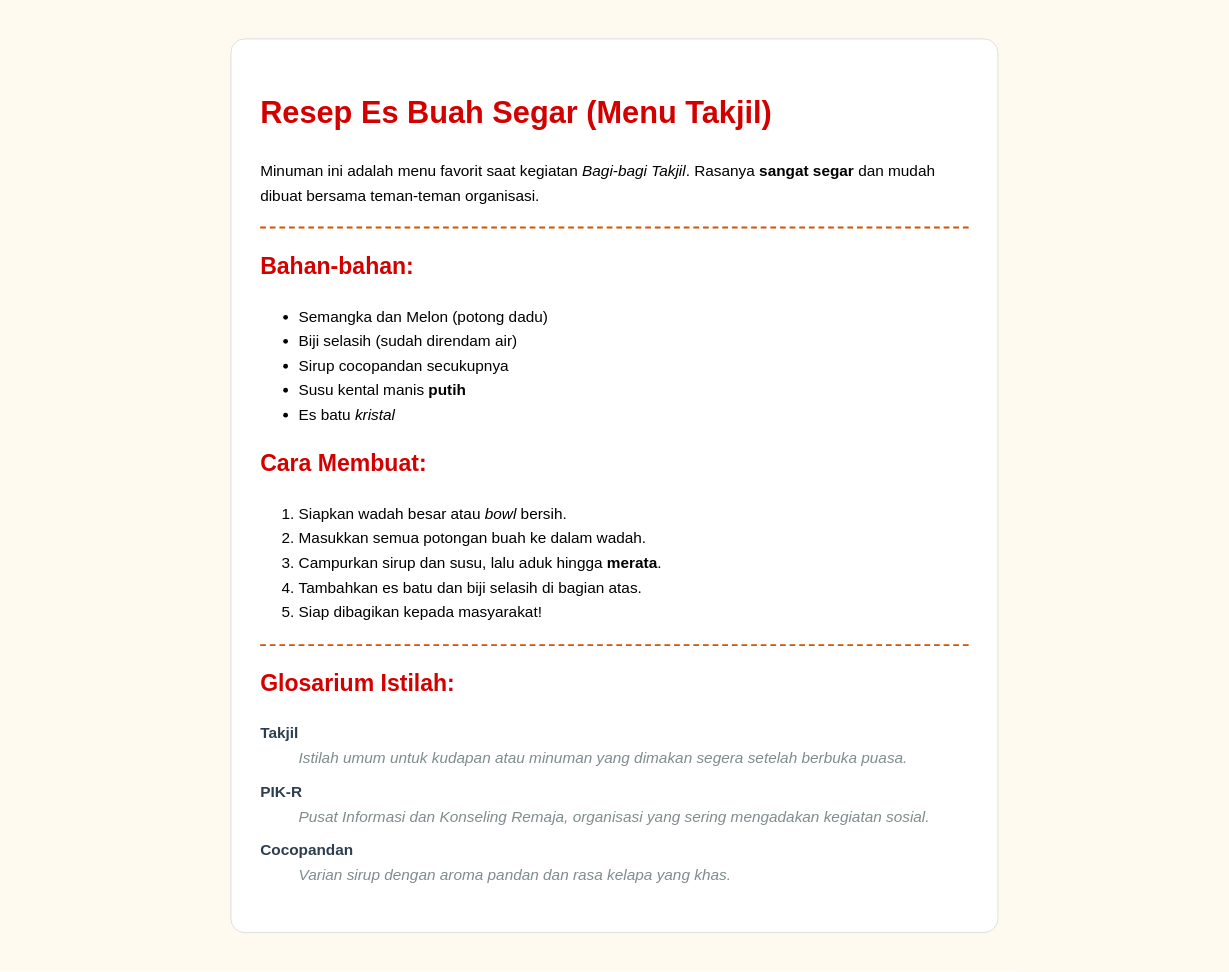
Repository: sekartazivi/241552010020-Web-Application-Development
Page: tugas pertemuan 2/latihan3.html
These files come from the project's save history. The page is drawn as it stood at one moment and after the next save; the edit follows.
The browser window is 1280 px wide. The pictures show the whole page, at 96% of full size.

Above is the page before, as saved 2026-02-23 14:30:45.

After the next save:
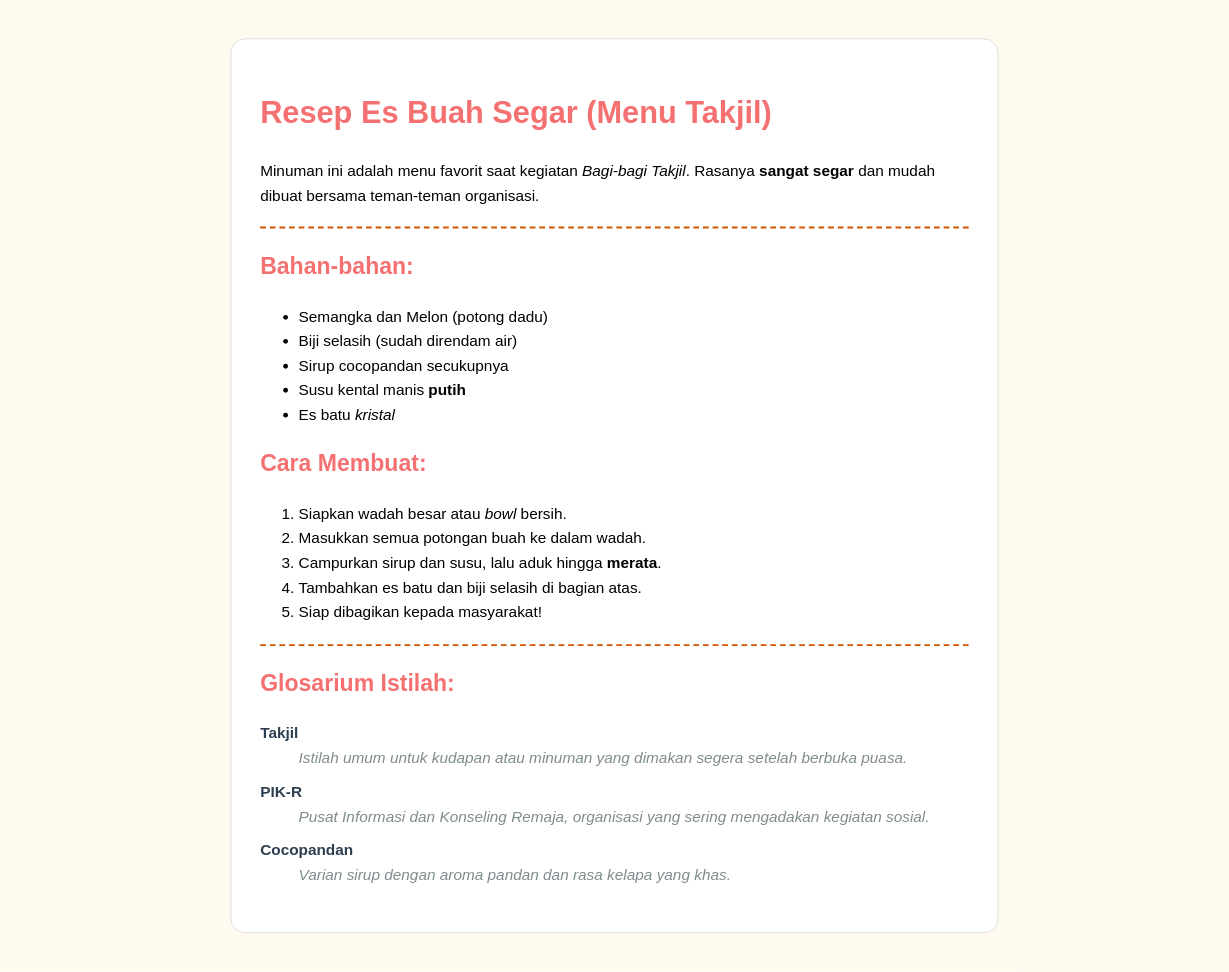
Saved 8 s later.
--- a/tugas pertemuan 2/latihan3.html
+++ b/tugas pertemuan 2/latihan3.html
@@ -6,7 +6,7 @@
     <style>
         body { font-family: sans-serif; line-height: 1.6; max-width: 800px; margin: 20px auto; padding: 20px; background-color: #fffaf0; }
         .recipe-card { background: white; padding: 30px; border-radius: 15px; border: 1px solid #ddd; }
-        h1, h2 { color: #d30000; }
+        h1, h2 { color: #f57070; }
         dt { font-weight: bold; color: #2c3e50; margin-top: 10px; }
         dd { font-style: italic; color: #7f8c8d; }
         hr { border: 0; border-top: 2px dashed #d35400; margin: 20px 0; }
